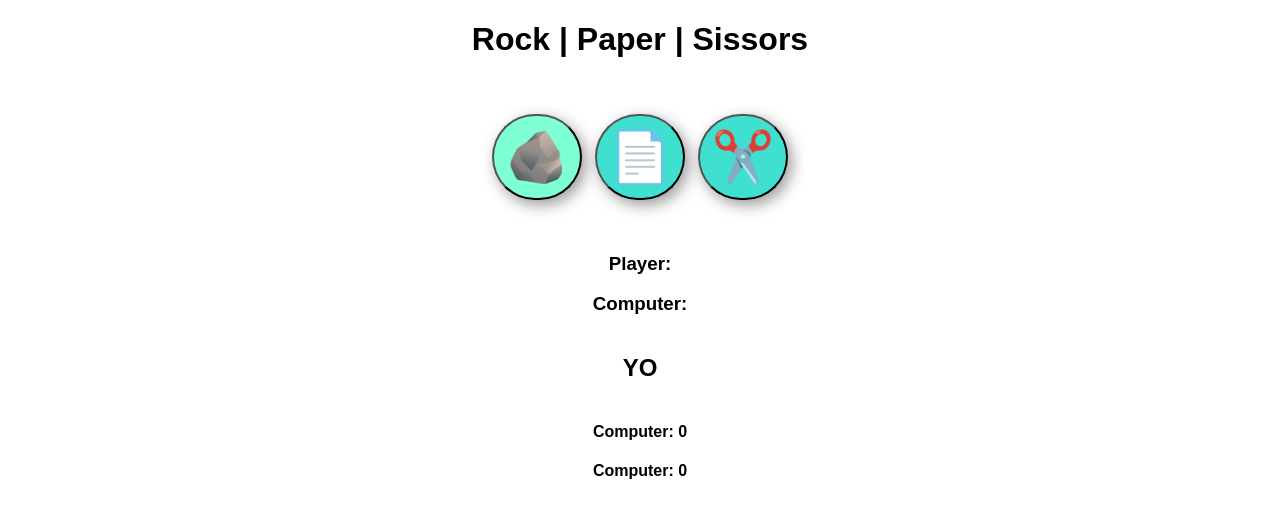
Repository: SakthivelDurai47/Rock-Paper-Sissors
Page: index.html
An editor plug-in stored every save of this project. The page is shown before and after the next save, followed by the edit.
The browser window is 1280 px wide. The pictures show the whole page.
The pointer rests on the first visible `button`.

Above is the page before, as saved 2025-04-14 22:13:19.

After the next save:
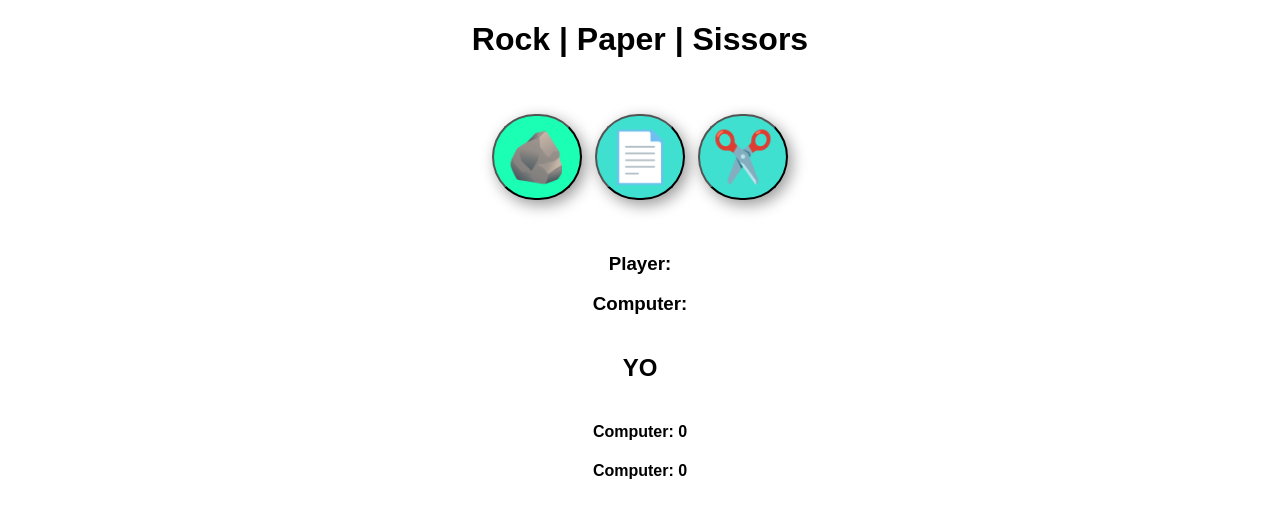
Saved 18 s later.
--- a/styles.css
+++ b/styles.css
@@ -18,5 +18,5 @@ button {
   box-shadow: 4px 5px 15px rgba(0, 3, 3, 0.4);
 }
 button:hover {
-  background-color: aquamarine;
+  background-color: hsl(160, 100%, 55%);
 }
